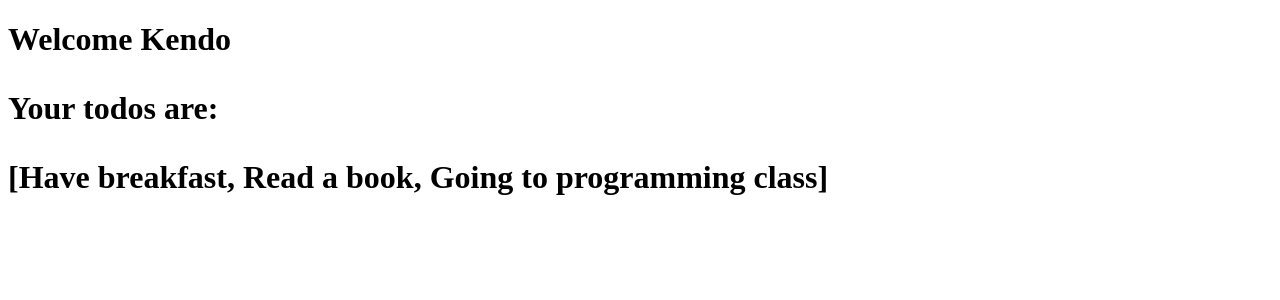
Repository: kenyoyo/java-servlets-jsp-webapp
Page: http://localhost/first-web-appliction/todo.do
These files come from the project's save history. The page is drawn as it stood at one moment and after the next save; the edit follows.
The browser window is 1280 px wide. The pictures show the whole page.
The page is served by Tomcat 9. Other server files are loaded and not shown.

Above is the page before, as saved 2018-10-19 09:44:44.

### first-web-appliction/src/main/webapp/WEB-INF/views/todo.jsp
<%@ page language="java" contentType="text/html; charset=ISO-8859-1"
	pageEncoding="ISO-8859-1"%>
<!DOCTYPE html>
<html>
<head>
<meta charset="ISO-8859-1">
<title>Todo</title>
</head>
<body>
	<h1>Welcome ${name}<h1>
	<div>
	<p>Your todos are:</p>
	<p>${todos}</p>
	</div>
</body>
</html>

### first-web-appliction/src/main/java/webapp/todo/TodoServlet.java
package webapp.todo;

import java.io.IOException;

import javax.servlet.ServletException;
import javax.servlet.annotation.WebServlet;
import javax.servlet.http.HttpServlet;
import javax.servlet.http.HttpServletRequest;
import javax.servlet.http.HttpServletResponse;

import webapp.todo.TodoService;

@WebServlet(urlPatterns = "/todo.do")
public class TodoServlet extends HttpServlet {

	private TodoService userValidationService = new TodoService();

	@Override
	protected void doGet(HttpServletRequest request, HttpServletResponse respones)
			throws ServletException, IOException {
		request.setAttribute("name", "Kendo");
		request.setAttribute("todos", TodoService.retrieveTodoList());
		request.getRequestDispatcher("/WEB-INF/views/todo.jsp").forward(request, respones);
	}

}

### first-web-appliction/src/main/java/webapp/todo/Todo.java
package webapp.todo;

public class Todo {
	private String task;

	public String getTask() {
		return task;
	}

	public void setTask(String task) {
		this.task = task;
	}

	public Todo(String task) {
		this.task = task;
	}

	@Override
	public String toString() {
		return task;
	}


}

After the next save:
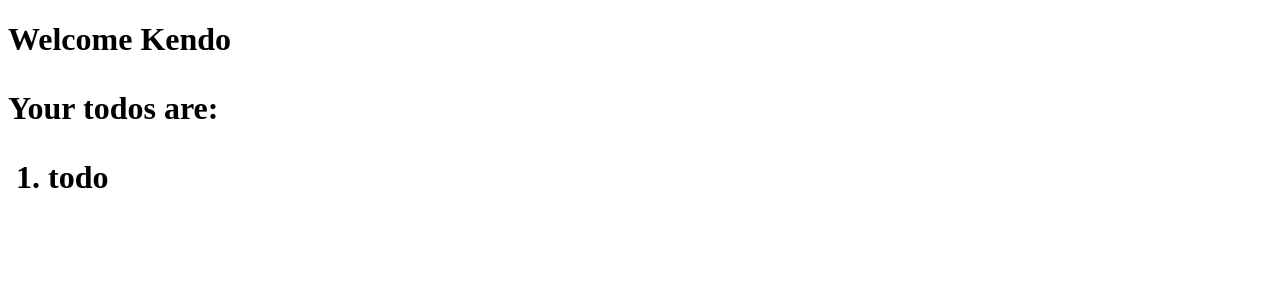
Saved 100 s later.
--- a/first-web-appliction/src/main/webapp/WEB-INF/views/todo.jsp
+++ b/first-web-appliction/src/main/webapp/WEB-INF/views/todo.jsp
@@ -10,7 +10,11 @@
 	<h1>Welcome ${name}<h1>
 	<div>
 	<p>Your todos are:</p>
-	<p>${todos}</p>
+	<ol>
+	<c:forEach items="${todos}" var="todo">
+	<li>todo</li>
+	</c:forEach>
+	</ol>
 	</div>
 </body>
 </html>
